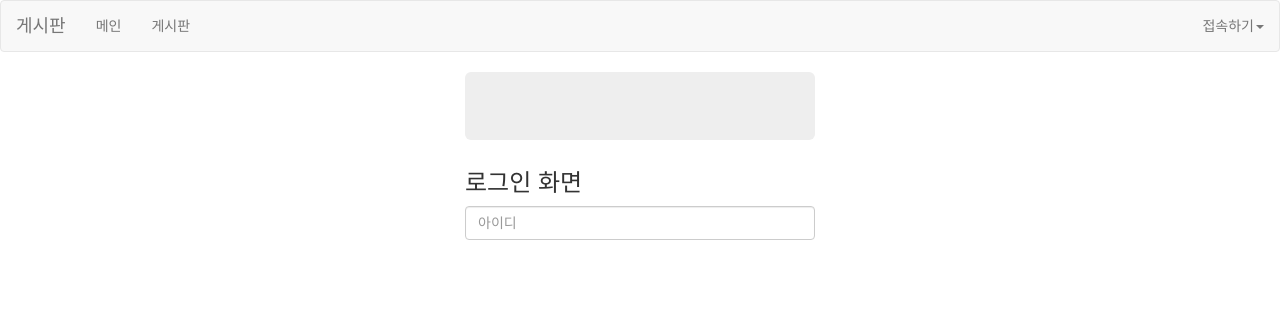
Repository: hojun324/myproject
Page: http://localhost/BBS/login.jsp
An editor plug-in stored every save of this project. The page is shown before and after the next save, followed by the edit.
The browser window is 1280 px wide. The pictures show the whole page.
Some web libraries are served in a nearby version. The page is served by Tomcat 9.

Above is the page before, as saved 2021-04-16 07:21:03.

After the next save:
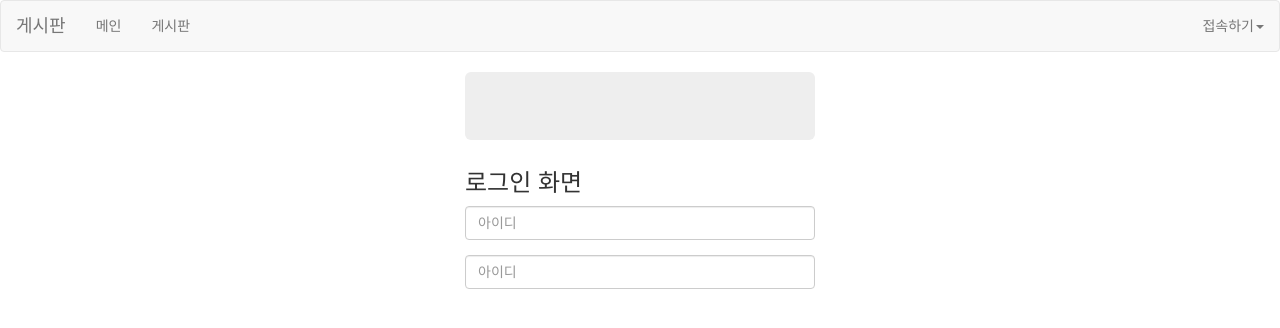
Saved 46 s later.
--- a/java/BBS/WebContent/login.jsp
+++ b/java/BBS/WebContent/login.jsp
@@ -12,40 +12,44 @@
 	<nav class="navbar navbar-default">
 		<div class="navbar-header">
 			<button type="button" class="navbar-toggle collapsed"
-			data-toggle="collapse" data-target="#bs-example-navbar-collapse-1"
-			aria-expanded="false">
-			<span class="icon-bar"></span>
-			<span class="icon-bar"></span>
-			<span class="icon-bar"></span>
+				data-toggle="collapse" data-target="#bs-example-navbar-collapse-1"
+				aria-expanded="false">
+				<span class="icon-bar"></span> <span class="icon-bar"></span> <span
+					class="icon-bar"></span>
 			</button>
 			<a class="navbar-brand" href="main.jsp">게시판</a>
 		</div>
-		<div class="collapse navbar-collapse" id="#bs-example-navbar-collapse-1">
+		<div class="collapse navbar-collapse"
+			id="#bs-example-navbar-collapse-1">
 			<ul class="nav navbar-nav">
 				<li><a href="main.jsp">메인</a></li>
 				<li><a href="bbs.jsp">게시판</a></li>
 			</ul>
 			<ul class="nav navbar-nav navbar-right">
-				<li class="dropdown">
-					<a href="#" class="dropdownn-toggle"
+				<li class="dropdown"><a href="#" class="dropdownn-toggle"
 					data-toggle="dropdown" role="button" aria-haspopup="true"
 					aria-expanded="false">접속하기<span class="caret"></span></a>
 					<ul class="dropdown-menu">
 						<li class="active"><a href="login.jsp">로그인</a></li>
 						<li><a href="join.jsp">회원가입</a></li>
-					</ul>
-				</li>
+					</ul></li>
 			</ul>
 		</div>
 	</nav>
 	<div class="container">
 		<div class="col-lg-4"></div>
 		<div class="col-lg-4">
-			<div class="jumbotron" style="padding-top:20px;"></div>
-			<form method="post" action="loginAction.jsp">  <!--post란 어떠한 정보를 숨기면서 보낼때,action란 그쪽으로 정보를 보내겠다-->
-				<h3 style="text-alian:center;">로그인 화면</h3>
+			<div class="jumbotron" style="padding-top: 20px;"></div>
+			<form method="post" action="loginAction.jsp">
+				<!--post란 어떠한 정보를 숨기면서 보낼때,action란 그쪽으로 정보를 보내겠다-->
+				<h3 style="text-alian: center;">로그인 화면</h3>
 				<div class="form-group">
-					<input type="text" class="form-control" placeholder="아이디" name="userID" maxlength="20">
+					<input type="text" class="form-control" placeholder="아이디"
+						name="userID" maxlength="20">
+				</div>
+				<div class="form-group">
+					<input type="password" class="form-control" placeholder="아이디"
+						name="userID" maxlength="20">
 				</div>
 			</form>
 
